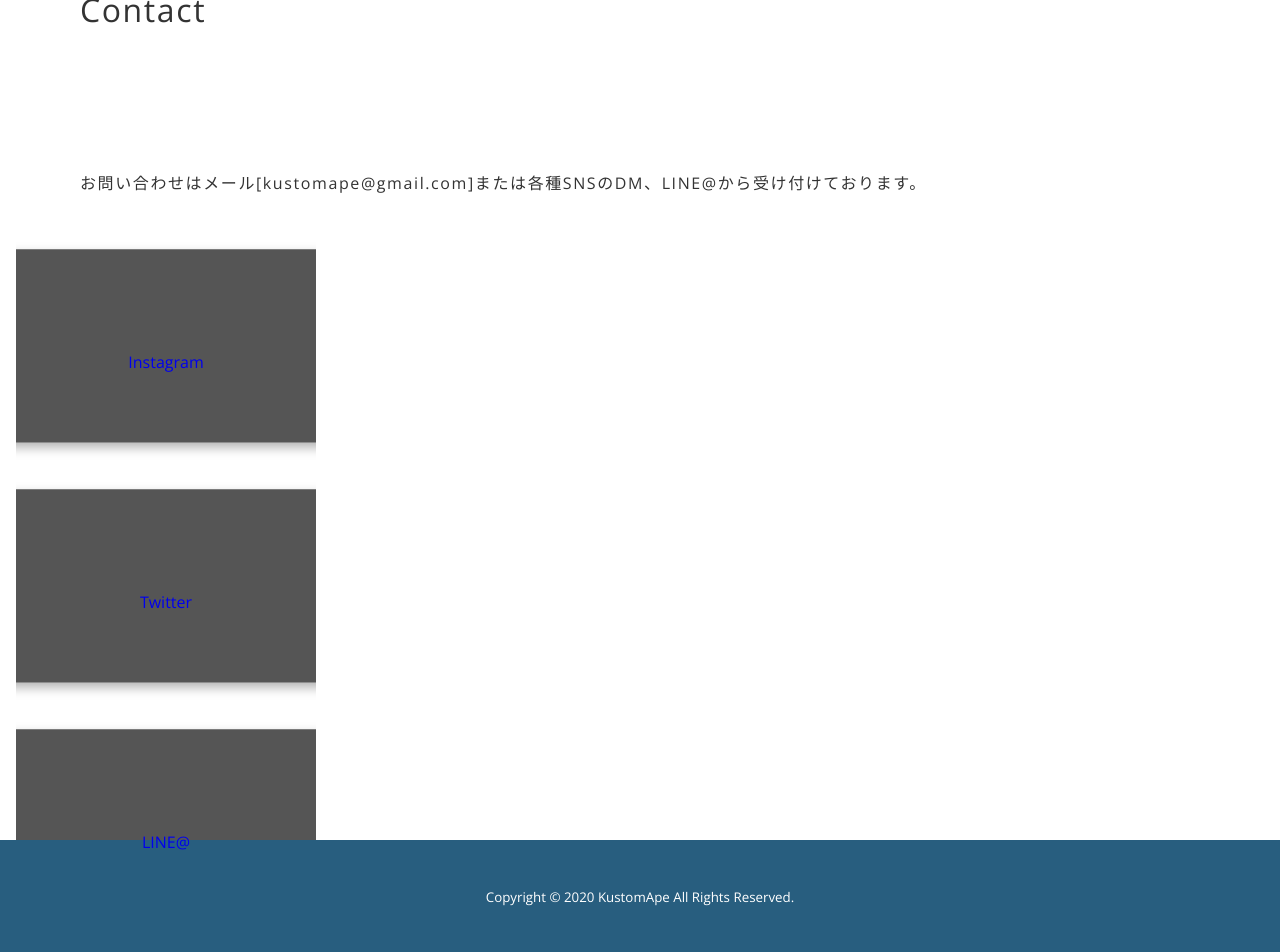
Repository: AirDepot/web
Page: index.html
An editor plug-in stored every save of this project. The page is shown before and after the next save, followed by the edit.
The browser window is 1280 px wide. The pictures show the part of the page from y = 4740 to 5692 px (the page is 5692 px tall).
A picture or video elsewhere on the page could not be fetched, so the positions and the page height are approximate.

Above is the page before, as saved 2020-02-12 19:25:00.

After the next save:
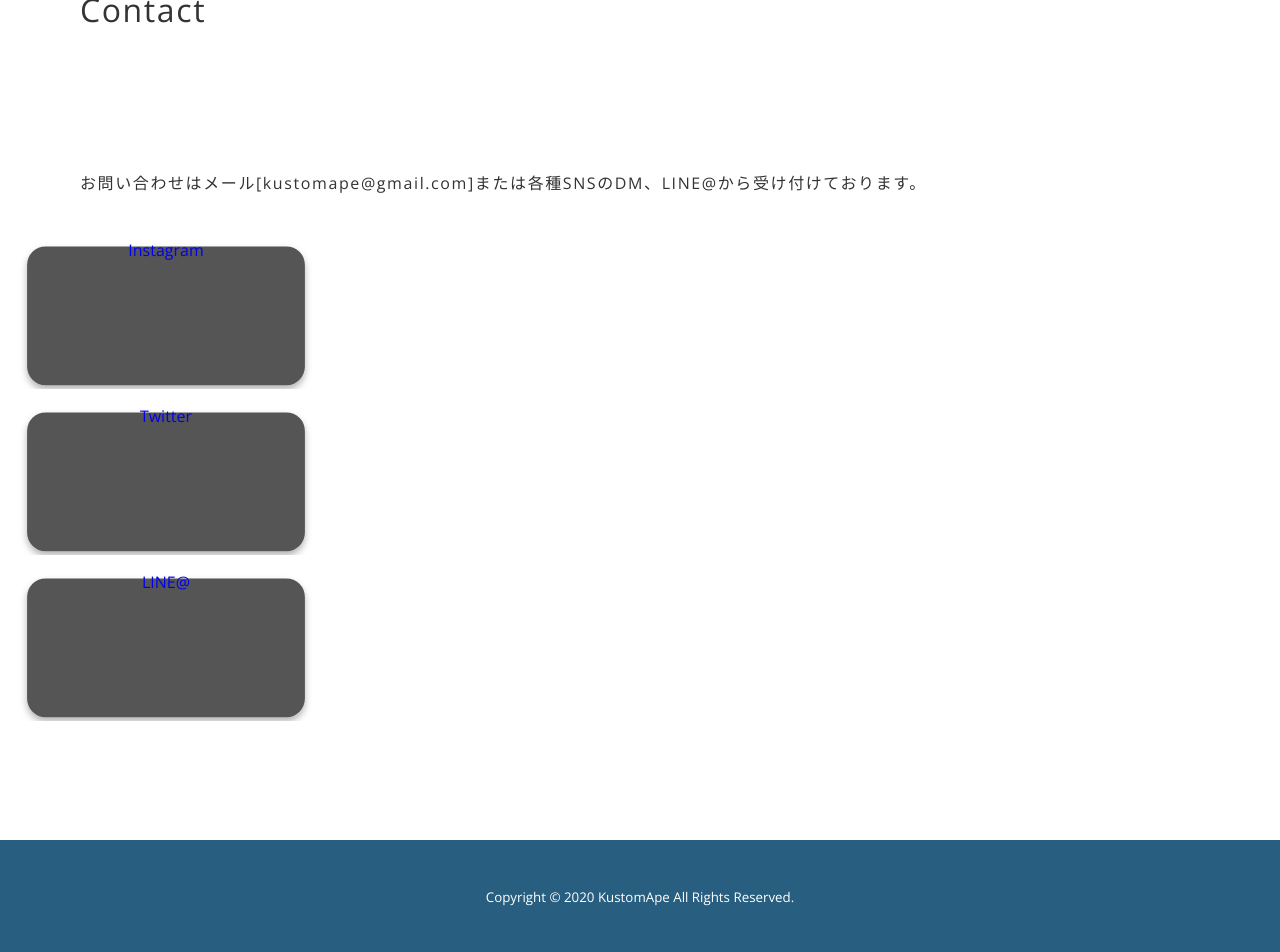
Saved 19 s later.
--- a/assets/css/common.css
+++ b/assets/css/common.css
@@ -209,7 +209,6 @@ div.btn {
     color: #fff;
     font-weight: 100;
     text-align: center;
-    padding: 7rem 0;
     margin: 1rem;
 }
 
